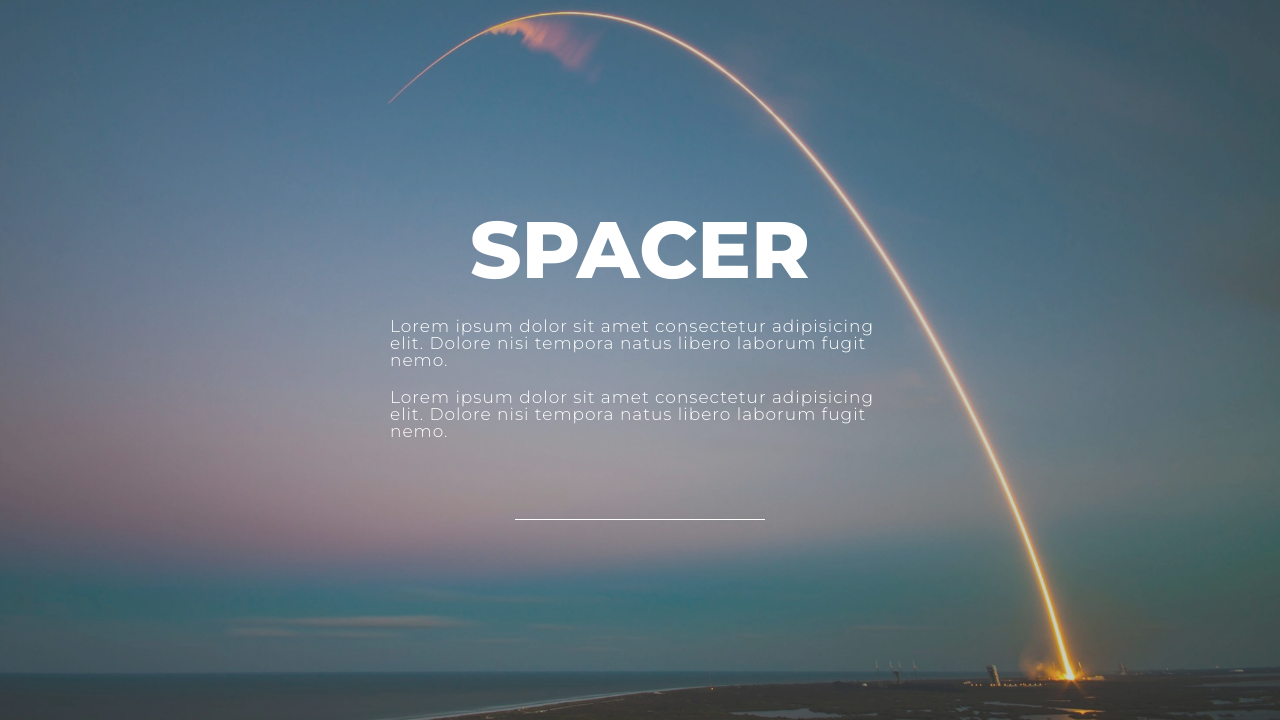
Repository: Trelefele/spacer-roman
Page: /
These files come from the project's save history. The page is drawn as it stood at one moment and after the next save; the edit follows.
The browser window is 1280 px wide. The pictures show the whole page.
The project was rebuilt for these pictures with package versions that can differ from the ones it lists, and the page was loaded fresh each time.

Above is the page before, as saved 2019-02-05 19:42:40.

After the next save:
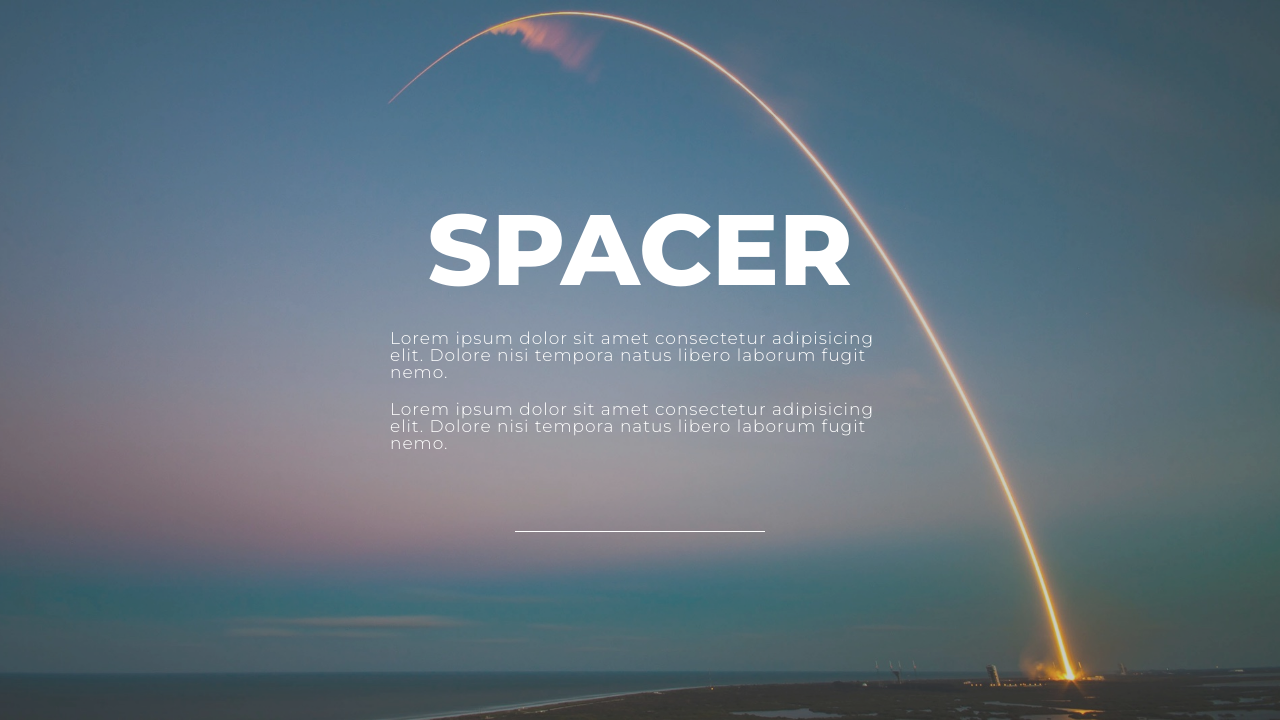
Saved 40 s later.
--- a/src/components/Claim.vue
+++ b/src/components/Claim.vue
@@ -36,7 +36,7 @@ export default {
         font-size: 80px;
     }
     @media (min-width: 1024px) {
-        font-size: 80px;
+        font-size: 100px;
     }
 }
 
